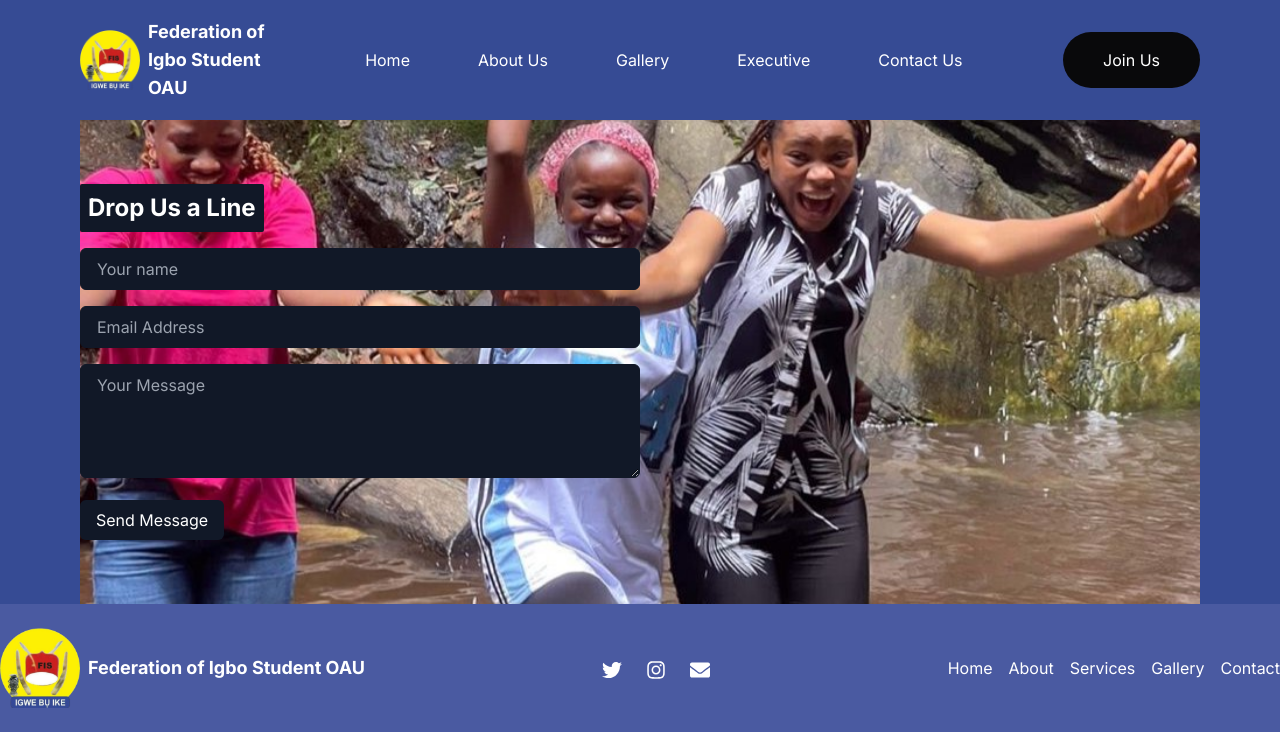
Repository: akinolapo/fis
Page: /Contact
The author's editor kept a copy of each file at every save. The page is drawn from the files as they stood at one save, then again after the next save.
The browser window is 1280 px wide. The pictures show the whole page.
The project was rebuilt for these pictures with package versions that can differ from the ones it lists, and the page was loaded fresh each time. The framework's server and built-in components were replaced by stand-ins that run in the browser. Also part of the build but not shown: next.config.mjs.

Above is the page before, as saved 2024-05-06 19:21:56.

After the next save:
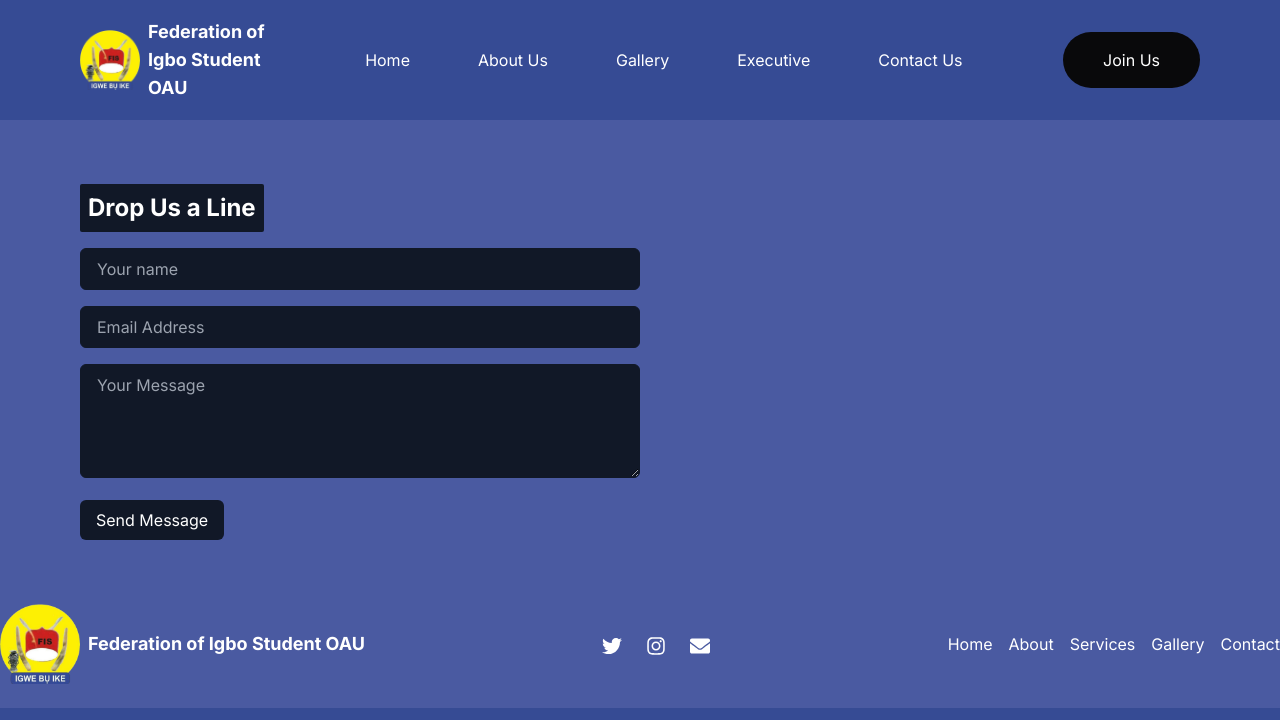
Saved 5 s later.
--- a/app/Contact/page.tsx
+++ b/app/Contact/page.tsx
@@ -7,7 +7,7 @@
        style={{ padding: 0 }}
        >
       {/* Contact form */}
-      <div className="container mx-auto py-16 lg:flo">
+      <div className="container mx-auto py-16 lg:float-right">
         <div className="flex flex-col md:flex-row">
           {/* Contact form */}
           <div className="md:w-1/2">

After the save that followed:
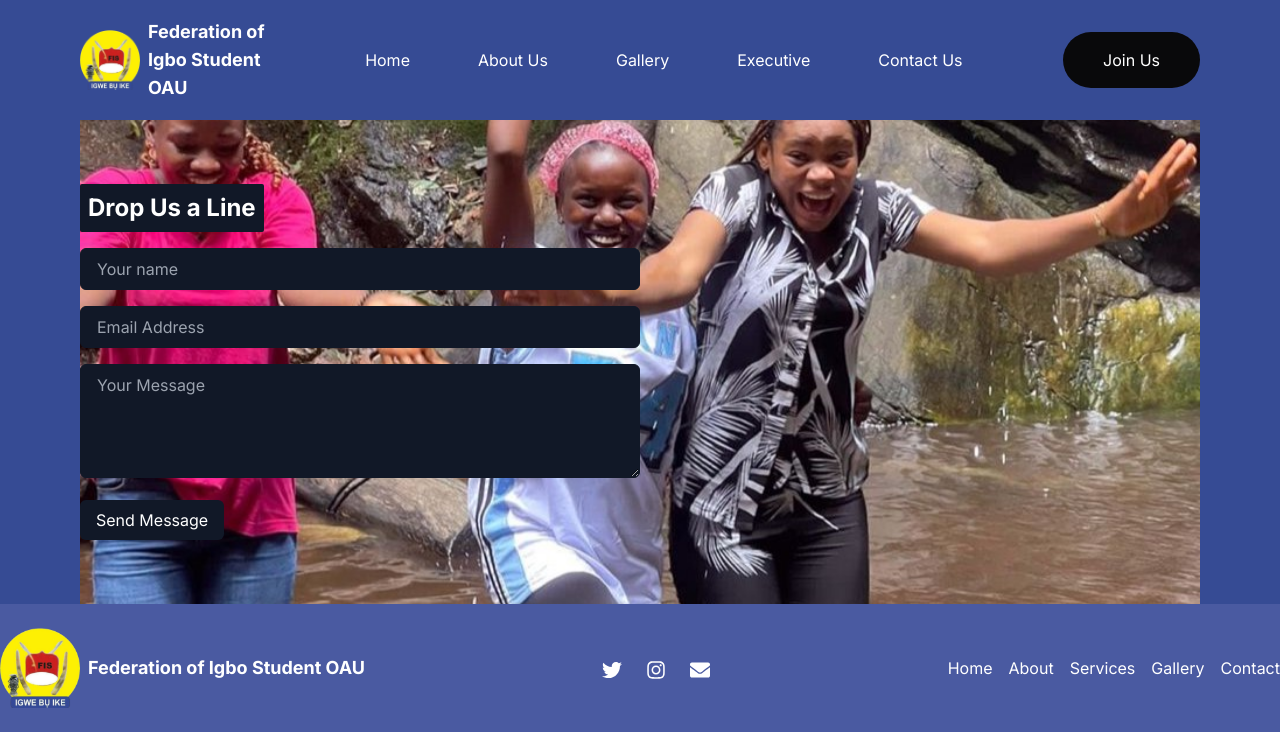
Saved 14 s later.
--- a/app/Contact/page.tsx
+++ b/app/Contact/page.tsx
@@ -7,7 +7,7 @@
        style={{ padding: 0 }}
        >
       {/* Contact form */}
-      <div className="container mx-auto py-16 lg:float-right">
+      <div className="container mx-auto py-16">
         <div className="flex flex-col md:flex-row">
           {/* Contact form */}
           <div className="md:w-1/2">
